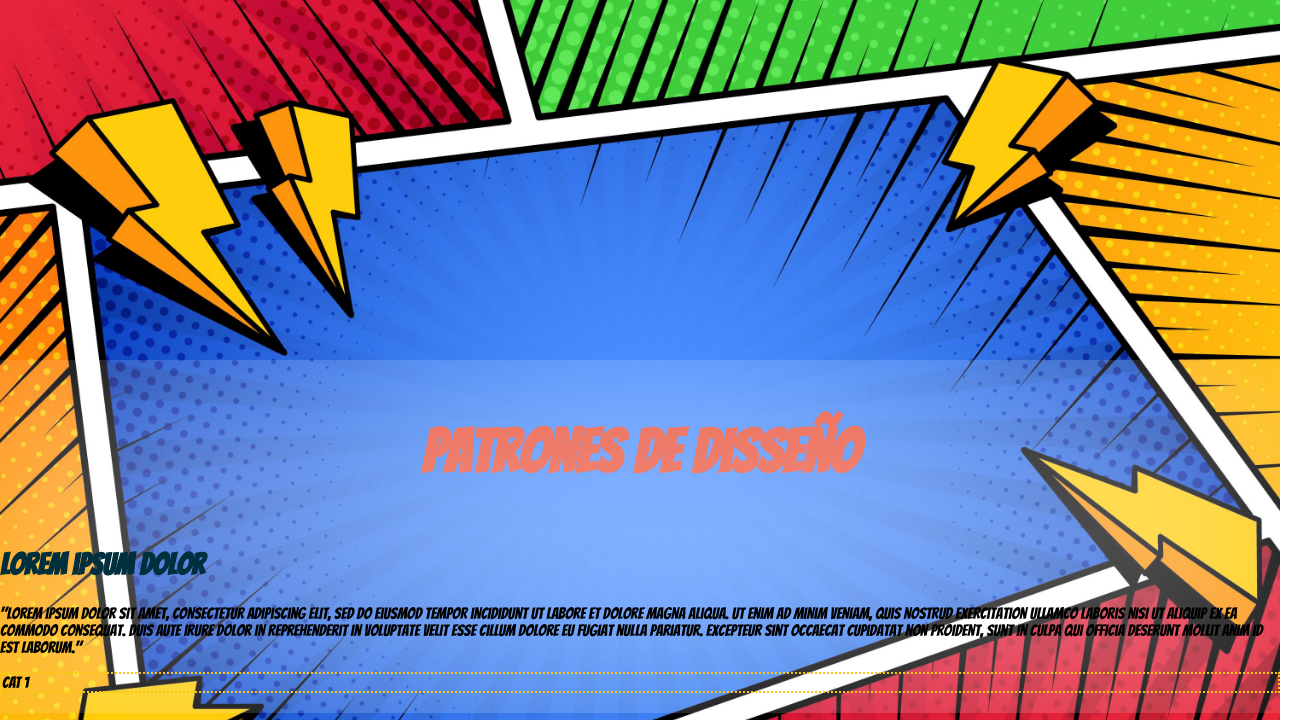
Repository: nrsWebs/design-pattern-es
Page: index.html
The author's editor kept a copy of each file at every save. The page is drawn from the files as they stood at one save, then again after the next save.
The browser window is 1280 px wide. The page is 1300 px wide, so the pictures cover 1300 px, including what lies to the right of the window. The pictures show the whole page.
Backgrounds fixed to the window are drawn as part of the page.

Above is the page before, as saved 2021-02-06 19:51:28.

### index.html
<!DOCTYPE html>
<html>
<head>
<script src="https://ajax.googleapis.com/ajax/libs/jquery/3.5.1/jquery.min.js"></script>
<link rel="stylesheet" href="source/main.css">
<link href='https://fonts.googleapis.com/css?family=Bangers' rel='stylesheet'>
</head>
<body>
    <div class="main-content">
        <div id="general" class="box">
            <div class="glass"></div>
            <h1>Patrones de disseño</h1>
            <div class="information">
                <h2>Lorem ipsum dolor</h2>
                <p>"Lorem ipsum dolor sit amet, consectetur adipiscing elit, sed do eiusmod tempor incididunt ut labore et dolore magna aliqua. Ut enim ad minim veniam, quis nostrud exercitation ullamco laboris nisi ut aliquip ex ea commodo consequat. Duis aute irure dolor in reprehenderit in voluptate velit esse cillum dolore eu fugiat nulla pariatur. Excepteur sint occaecat cupidatat non proident, sunt in culpa qui officia deserunt mollit anim id est laborum."</p>
                <div class="button linker" data-link="cat-1">CAT 1</div>
            </div>
        </div>
        <div id="cat-1" class="box no-opacity hidden-container">
            <div class="glass"></div>
            <h1>Patrones de disseño test</h1>
            <div class="information">
                <h2>Lorem ipsum dolor</h2>
                <p>"Lorem ipsum dolor sit amet, consectetur adipiscing elit, sed do eiusmod tempor incididunt ut labore et dolore magna aliqua. Ut enim ad minim veniam, quis nostrud exercitation ullamco laboris nisi ut aliquip ex ea commodo consequat. Duis aute irure dolor in reprehenderit in voluptate velit esse cillum dolore eu fugiat nulla pariatur. Excepteur sint occaecat cupidatat non proident, sunt in culpa qui officia deserunt mollit anim id est laborum."</p>
                <div class="button linker" data-link="general">HOME</div>
            </div>
        </div>
    </div>
</body>
<footer>
    <a class="hidden-container" href="https://www.freepik.es/vectores/fondo">Vector de Fondo creado por coolvector - www.freepik.es</a>
</footer>
<script>
    jQuery('.linker').on('click', function() {
        var nextid = jQuery(this).data('link');
        //hide
        jQuery(this).closest('.box').animate({opacity: '0'}, 200, function() {
            jQuery(this).closest('.box').addClass('hidden-container');
        });
        //Show
        jQuery('#'+nextid).removeClass('hidden-container');
        jQuery('#'+nextid).animate({opacity: '0.5'}, 200);
        jQuery('#'+nextid).animate({opacity: '1'}, 200);
    });
</script>
</html>

### source/main.css
:root {
    --main: #000;
    --secondary:  #E94F37;
    --auxiliar: #002F3D;
    --button: #F9C80E;
}
body .hidden-container{
    display: none;;
}
body .no-opacity{
    opacity: 0;
}
body {
    background-image: url('./images/4845746.jpg');
     background-repeat: no-repeat;
    background-attachment: fixed;
    background-size: cover;
    display: flex;
    justify-content: center;
    width: 100%;
    color: var(--main);
    font-family: 'Bangers';
}
.main-content{
    display: block;
    width: 100%;

}
h1{
    text-align: center;
    color: var(--secondary);
    font-size: 60px;
}
h2{
    color: var(--auxiliar);
    font-size: 30px;
}
.box {
    display: flex;
    flex-direction: column;
    justify-content: space-around;
    width: 100%;
    max-width: 1440px;
    padding: 20px;
    position: absolute;
    top: 50%;
    left: 50%;
    transform: translateY(-50%);
    transform: translateX(-50%);
    overflow: hidden;
    border-radius: 10px;
}
.box .information{
    z-index: 99;
}
.button {
    box-sizing: border-box;
    border: 2px dotted var(--button);
}
/* GLASS EFFECT */
.glass{
    background: inherit;
    width: 100%;
    height: 100%;
}
.glass:before {
    content: '';
    width: 100%;
    height: 100%;
    background: inherit;
    position: absolute;
    left: 0;
    right: 0;
    top: 0;
    bottom: 0;
    box-shadow: inset 0 0 0 200px rgba(255,255,255,0.3);
    filter: blur(90px);
    border-radius: 5px;
}

After the next save:
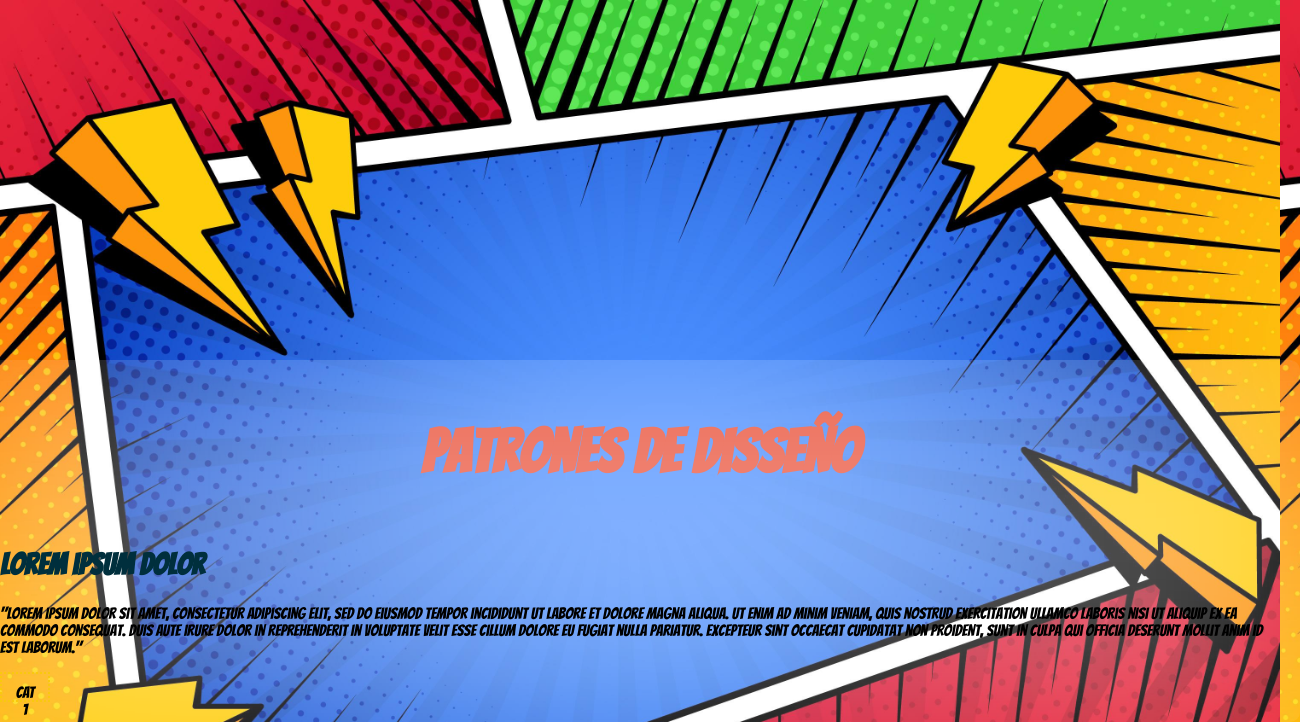
Saved 26 s later.
--- a/source/main.css
+++ b/source/main.css
@@ -56,6 +56,10 @@ h2{
 .button {
     box-sizing: border-box;
     border: 2px dotted var(--button);
+    width: 50px;
+    height: 30px;
+    text-align: center;
+    padding: 10px;
 }
 /* GLASS EFFECT */
 .glass{
